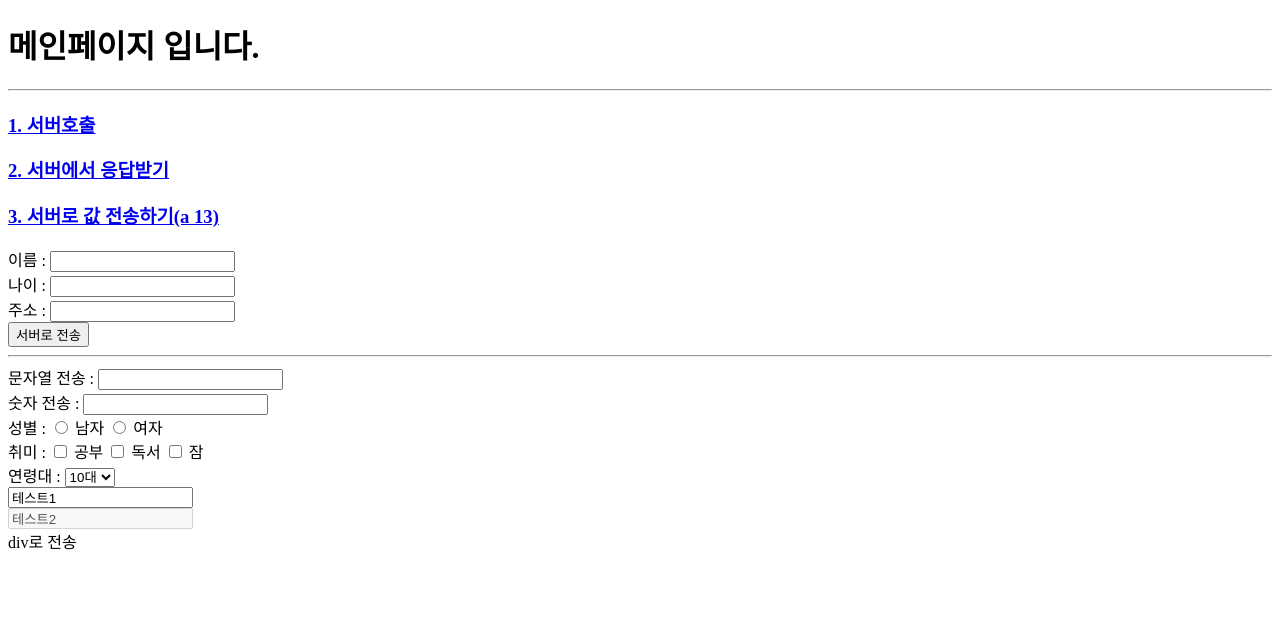
Repository: ParkHyeonju12/servlet
Page: web-workspace/02_noDbProject/src/main/webapp/index.html
An editor plug-in stored every save of this project. The page is shown before and after the next save, followed by the edit.
The browser window is 1280 px wide. The pictures show the whole page.

Above is the page before, as saved 2022-08-29 07:53:33.

### web-workspace/02_noDbProject/src/main/webapp/index.html
<!DOCTYPE html>
<html>
<head>
<meta charset="UTF-8">
<title>Insert title here</title>
</head>
<body>
	<h1>메인페이지 입니다.</h1>
	<hr>
	<h3><a href="/requestServer.do">1. 서버호출</a></h3>
	<h3><a href="/responseTest.do">2. 서버에서 응답받기</a></h3>
	<h3><a href="sendData1.do?name=현주&test=abc">3. 서버로 값 전송하기(a 13)</a></h3>
	<form action="/sendData2.do" method="post">
		이름 : <input type="text" name="name"><br>
		나이 : <input type="text" name="age"><br>
		주소 : <input type="text" name="addr"><br>
		<input type="submit" value = "서버로 전송">
	</form>
	<hr>
	<form action="/sendData3.do" method="posts">
		문자열 전송 : <input type="text" name="str"><br>
		숫자 전송 : <input type="text" name="num"><br>
		성별 :
			<input type="radio" name="gender" value="남" id="m">
			<label for="m">남자</label>
			<input type="radio" name="gender" value="여" id="f">
			<label for="f">여자</label>
			<br>
			취미 :
			<input type="checkbox" name="hobby" value="공부" id="study">
			<label for="study">공부</label>
			<input type="checkbox" name="hobby" value="독서" id="book">
			<label for="book">독서</label>
			<input type="checkbox" name="hobby" value="잠" id="sleep">
			<label for="sleep">잠</label>
			<br>
			연령대 :
			<select name="age">
			<option value="10">10대</option>
			<option value="20">20대</option>
			<option value="30">30대</option>
			<option value="40">40대</option>
			</select>
			<br>
			<input type="hidden" name="hiddenData" value="히든데이터">
			<input type="text" name="input1" value="테스트1" readonly><br>
			<input type="text" name="input2" value="테스트2" disabled><br>
			<div name="test3" value="테스트3">div로 전송</div>


	</form>
</body>
</html>

After the next save:
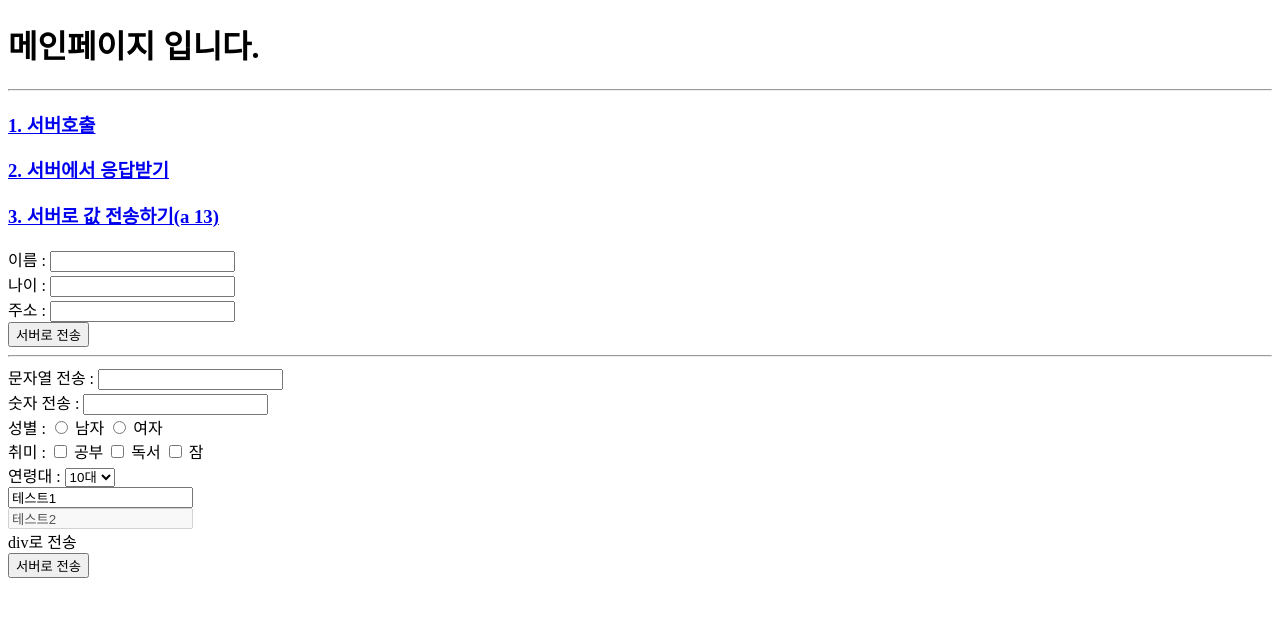
Saved 57 s later.
--- a/web-workspace/02_noDbProject/src/main/webapp/index.html
+++ b/web-workspace/02_noDbProject/src/main/webapp/index.html
@@ -46,7 +46,7 @@
 			<input type="text" name="input1" value="테스트1" readonly><br>
 			<input type="text" name="input2" value="테스트2" disabled><br>
 			<div name="test3" value="테스트3">div로 전송</div>
-
+			<input type="submit" value="서버로 전송">
 
 	</form>
 </body>
